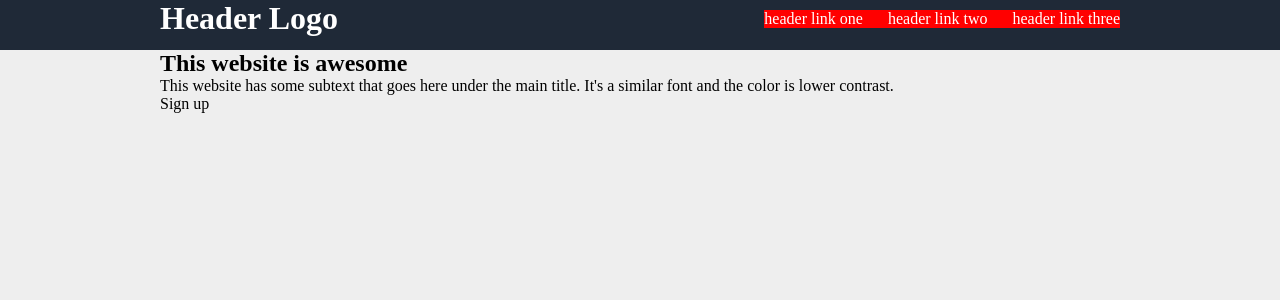
Repository: Pafestivo/Dummy-Landing-Page
Page: index.html
An editor plug-in stored every save of this project. The page is shown before and after the next save, followed by the edit.
The browser window is 1280 px wide. The pictures show the whole page.

Above is the page before, as saved 2022-09-26 17:47:34.

### index.html
<!DOCTYPE html>
<html lang="en">
<head>
    <meta charset="UTF-8">
    <meta name="viewport" content="width=device-width, initial-scale=1.0">
    <link rel="stylesheet" href="styles.css">
    <title>Landing Page</title>
</head>
<body>
    <header>
        <div class="container">
            <h1>Header Logo</h1>
            <nav>
                <a href="#">header link one</a>
                <a href="#">header link two</a>
                <a href="#">header link three</a>
            </nav>
        </div> <!-- /container-->
    </header>
    <main>
        <section class="first">
            <div class="container">
                <h1>This website is awesome</h1>
                <p>This website has some subtext that goes here under the main title. It's a similar font and the color is lower contrast.</p>
                <a href="#">Sign up</a>
                <img
                    src=""
                    alt=""
                />
            </div> <!-- /container-->
        </section> <!-- /first -->

        <section class="second">
            <div class="container">

            </div> <!-- /container-->
        </section> <!-- /second -->

        <section class="third">
            <div class="container">

            </div> <!-- /container-->
        </section> <!-- /third -->

        <section class="fourth">
            <div class="container">

            </div> <!-- /container-->
        </section> <!-- /fourth -->

        <footer>

        </footer>
    </main>
</body>
</html>

### styles.css
* {
  padding: 0;
  margin: 0;
  box-sizing: border-box;
}

body {
  font-family: serif;
  background-color: #eee;
}

.container {
  width: 75vw;
  margin: 0 auto;
}

a {
  text-decoration: none;
  color: inherit;
}

/* head area */
header {
  background-color: #1F2937;
  color: #fff;
  height: 50px;
}

header .container {
  display: flex;
  justify-content: space-between;
  align-items: center;
}

header nav {
  display: flex;
  align-items: center;
  background-color: red;
  gap: 25px;
}
/* End head area  */

After the next save:
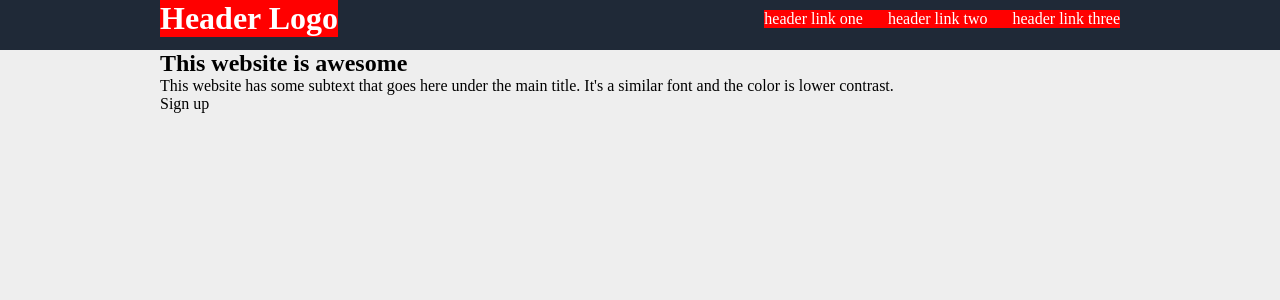
Saved 15 s later.
--- a/styles.css
+++ b/styles.css
@@ -32,6 +32,10 @@ header .container {
   align-items: center;
 }
 
+header h1 {
+  background-color: red;
+}
+
 header nav {
   display: flex;
   align-items: center;
